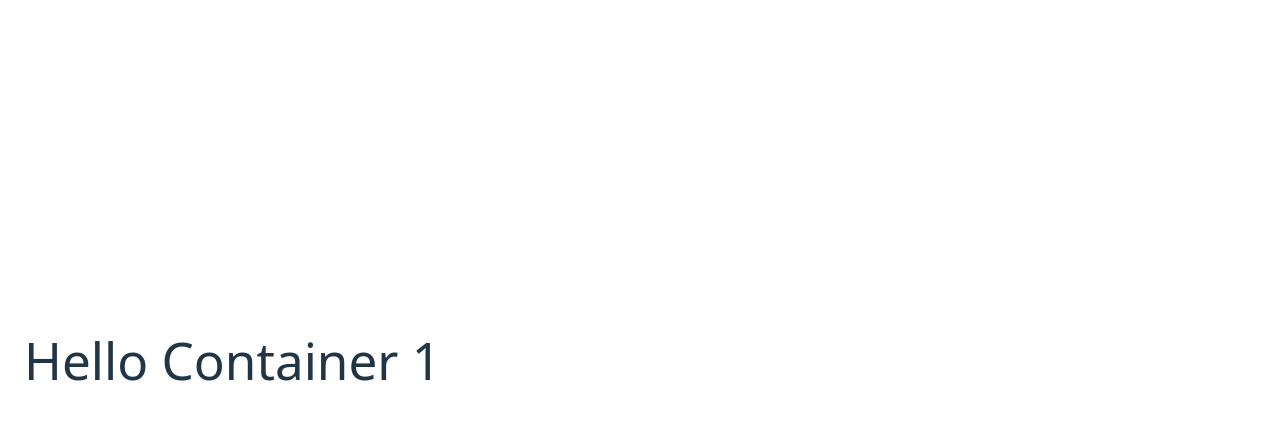
Repository: khulqu15/reactjs-learn
Page: / (app in day1/)
These files come from the project's save history. The page is drawn as it stood at one moment and after the next save; the edit follows.
The browser window is 1280 px wide. The pictures show the whole page.
The project was rebuilt for these pictures with package versions that can differ from the ones it lists, and the page was loaded fresh each time. Also part of the build but not shown: day1/vite.config.js.

Above is the page before, as saved 2025-09-22 10:12:45.

### day1/src/App.jsx
import Container from "./components/Container";

export default function App() {
  return (
    <main className="py-10">
      <Container><h1>Hello Container 1</h1></Container>
    </main>
  )
}

### day1/src/components/Container.jsx
export default function Container({className="", children}) {
    return <div className="{`mx-auto max-w-6xl px-4 sm:px-6 ${classsName}`}">{children}</div>
}

Loaded but not shown: day1/index.html (common file); day1/src/main.jsx (common file); day1/src/index.css (common file)

After the next save:
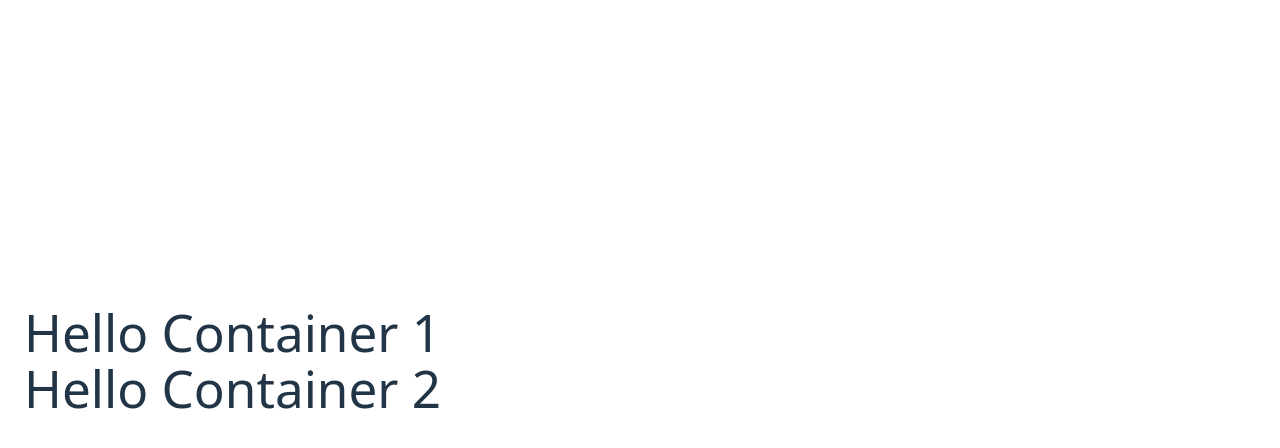
Saved 2 s later.
--- a/day1/src/App.jsx
+++ b/day1/src/App.jsx
@@ -4,6 +4,7 @@ export default function App() {
   return (
     <main className="py-10">
       <Container><h1>Hello Container 1</h1></Container>
+      <Container><h1>Hello Container 2</h1></Container>
     </main>
   )
 }
